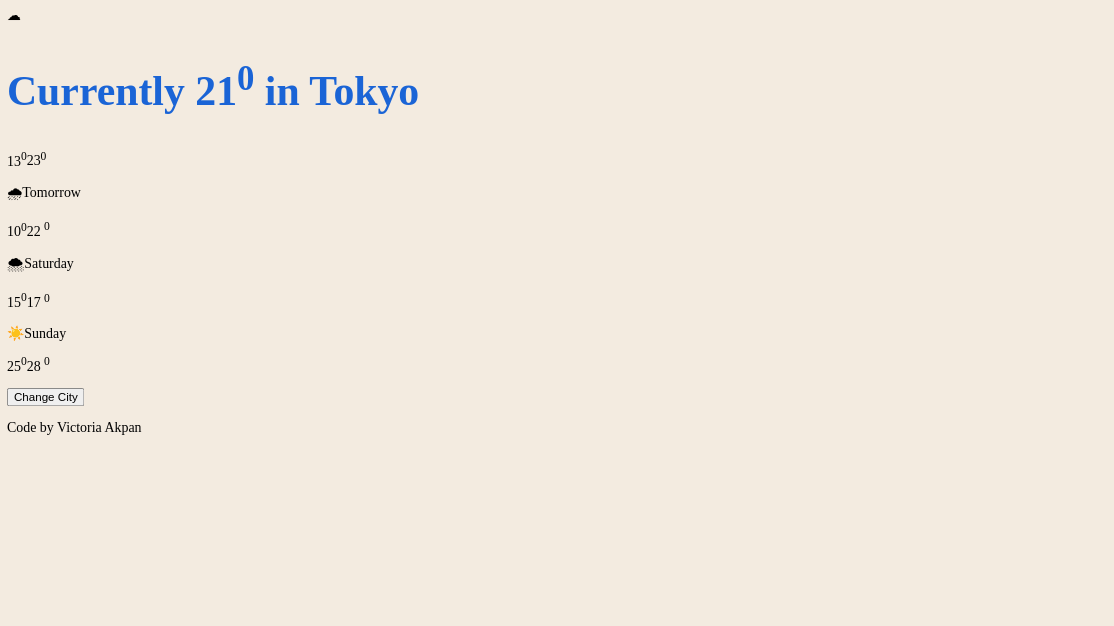
Repository: VickyJacob23/SheCode
Page: firstCode/weatherAppHomeWork.html
The author's editor kept a copy of each file at every save. The page is drawn from the files as they stood at one save, then again after the next save.
The browser window is 1280 px wide. The pictures show the whole page, at 87% of full size.

Above is the page before, as saved 2024-08-26 23:38:22.

After the next save:
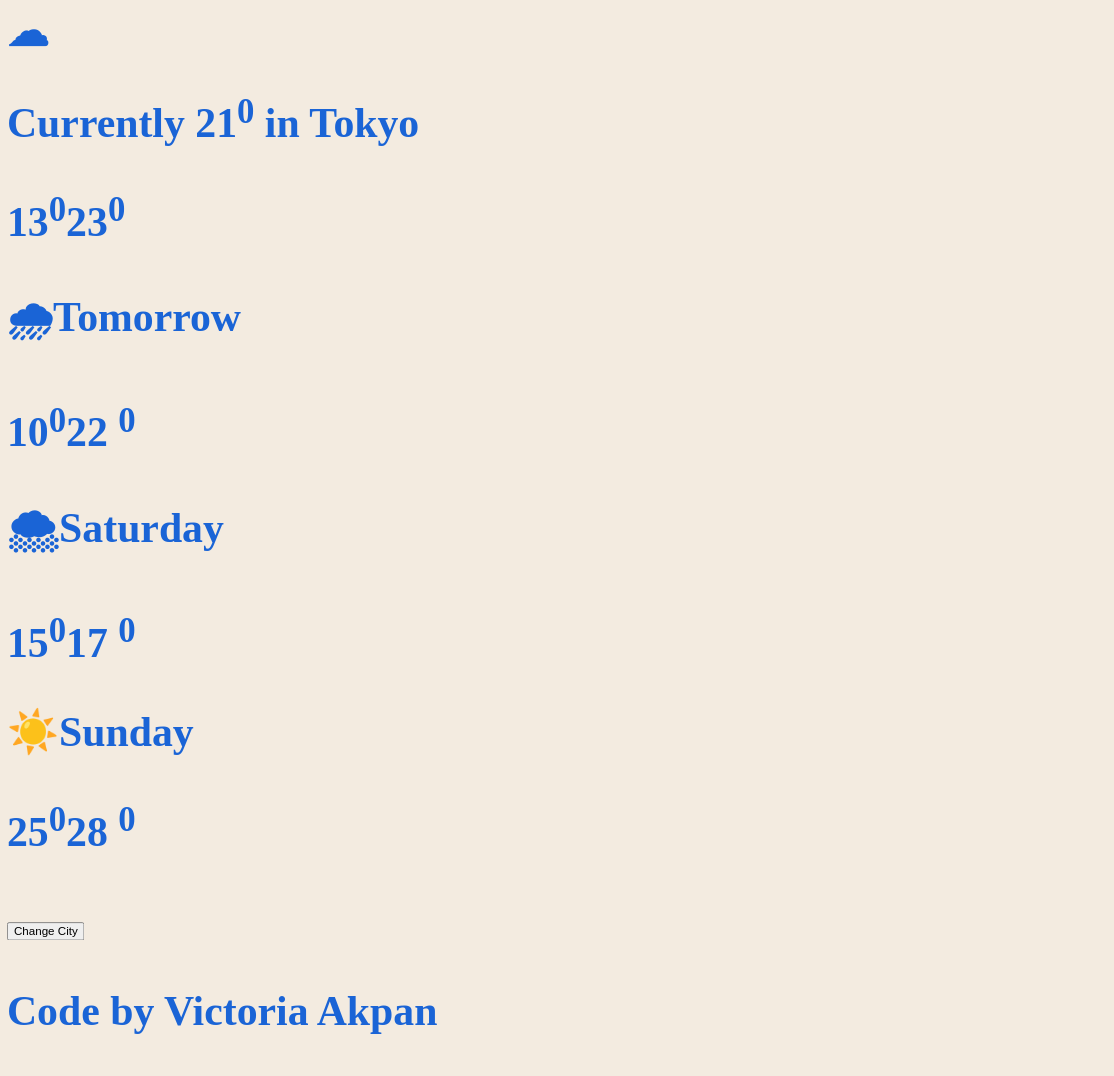
Saved 65 s later.
--- a/firstCode/weatherAppHomeWork.html
+++ b/firstCode/weatherAppHomeWork.html
@@ -9,7 +9,7 @@
         body{
             background-color: #f3ebe0;
         }
-        .title h1{
+        .title h1, div{
             color: #1a64d6;
             font-size: 48px;
             font-weight: 700;

After the save that followed:
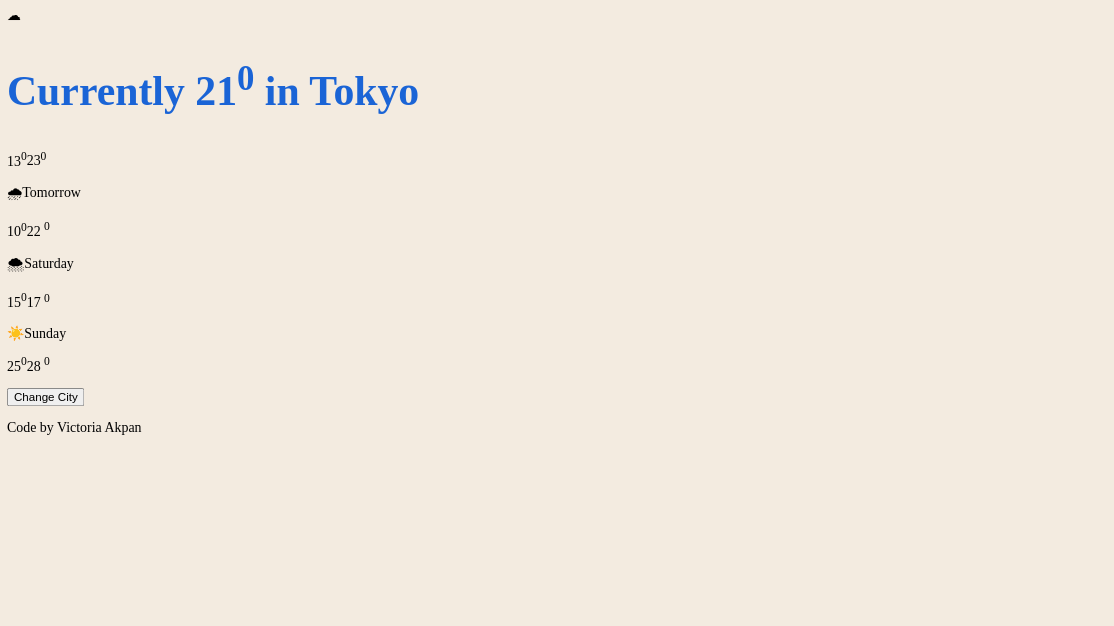
Saved 28 s later.
--- a/firstCode/weatherAppHomeWork.html
+++ b/firstCode/weatherAppHomeWork.html
@@ -9,7 +9,7 @@
         body{
             background-color: #f3ebe0;
         }
-        .title h1, div{
+        .title h1,icon{
             color: #1a64d6;
             font-size: 48px;
             font-weight: 700;
